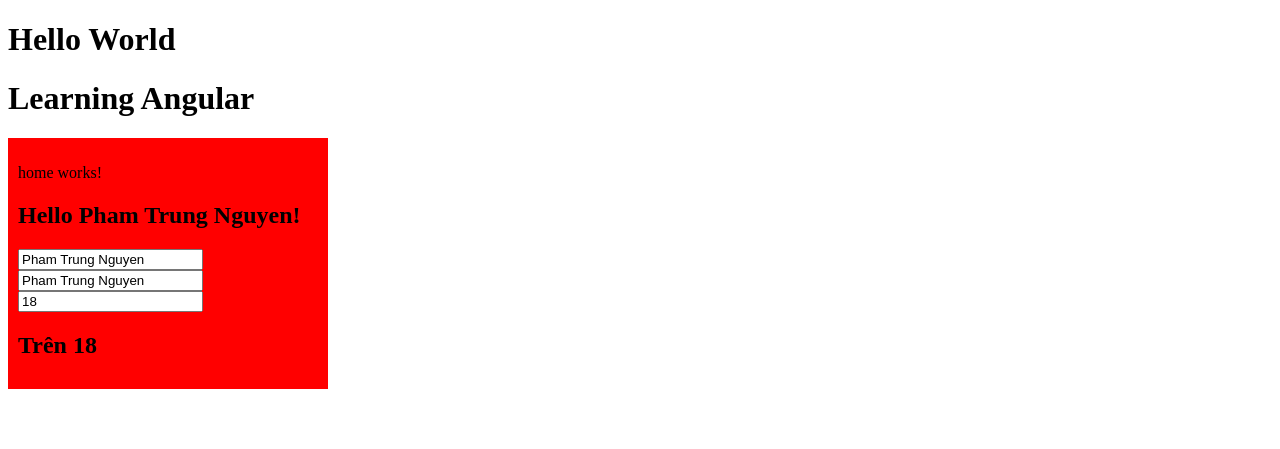
Repository: PhamTrungNguyen/Angular12
Page: / (app in Angular/)
The author's editor kept a copy of each file at every save. The page is drawn from the files as they stood at one save, then again after the next save.
The browser window is 1280 px wide. The pictures show the whole page.
The project was rebuilt for these pictures with package versions that can differ from the ones it lists, and the page was loaded fresh each time. Also part of the build but not shown: Angular/angular.json, Angular/src/app/about/about.component.ts.

Above is the page before, as saved 2022-12-31 22:12:57.

### Angular/src/app/app.module.ts
import { NgModule } from '@angular/core';
import { BrowserModule } from '@angular/platform-browser';

import { AppRoutingModule } from './app-routing.module';
import { AppComponent } from './app.component';
import { HomeComponent } from './home/home.component';
import { AboutComponent } from './about/about.component';
import { FormsModule } from '@angular/forms';
@NgModule({
  declarations: [AppComponent, HomeComponent, AboutComponent],
  imports: [BrowserModule, AppRoutingModule, FormsModule],
  providers: [],
  bootstrap: [AppComponent],
})
export class AppModule {}

### Angular/src/app/home/home.component.ts
import { Component } from '@angular/core';

@Component({
  selector: 'app-home',
  templateUrl: './home.component.html',
  styleUrls: ['./home.component.scss'],
})
export class HomeComponent {
  public name = 'Pham Trung Nguyen';
  public age = 18;
  public resetName(): void {
    this.name = '';
    console.log('resetName');
  }
}

### Angular/src/app/app.component.html
<h1>Hello World</h1>
<h1>Learning Angular</h1>
<app-home></app-home>

### Angular/src/app/home/home.component.html
<div class="test">
    <p>home works!</p>
    <h2>Hello {{name}}!</h2>
    <input type="text" value="{{name}}">
    <input type="text" [value]="name" [title]='"day la " + name'>
    <input type="text" [(ngModel)]="age">
    <!--  <h2 *ngIf="age<18">Dưới 18</h2>
    <h2 *ngIf="age>=18">Trên 18</h2> -->
    <div *ngIf="age< 18 then young else old">

    </div>
    <ng-template #young>
        <h2> Dưới 18</h2>
    </ng-template>
    <ng-template #old>
        <h2> Trên 18</h2>
    </ng-template>
</div>

### Angular/src/app/home/home.component.scss
.test {
  padding: 10px;
  width: 300px;
  background-color: red;
}

Loaded but not shown: Angular/src/index.html (common file); Angular/src/styles.scss (common file); Angular/src/main.ts (common file); Angular/src/app/app-routing.module.ts (common file); Angular/src/app/app.component.ts (common file); Angular/src/app/app.component.scss (no stored copy; drawn as an empty file)

After the next save:
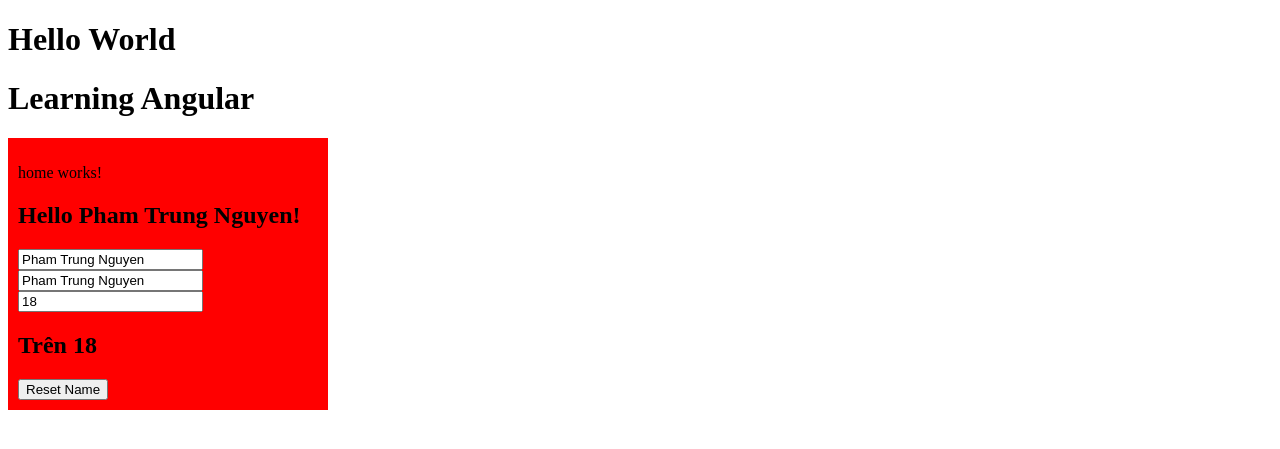
Saved 11 s later.
--- a/Angular/src/app/home/home.component.html
+++ b/Angular/src/app/home/home.component.html
@@ -6,13 +6,12 @@
     <input type="text" [(ngModel)]="age">
     <!--  <h2 *ngIf="age<18">Dưới 18</h2>
     <h2 *ngIf="age>=18">Trên 18</h2> -->
-    <div *ngIf="age< 18 then young else old">
-
-    </div>
+    <div *ngIf="age< 18 then young else old"> </div>
     <ng-template #young>
         <h2> Dưới 18</h2>
     </ng-template>
     <ng-template #old>
         <h2> Trên 18</h2>
     </ng-template>
+    <button (click)="reset.Name()">Reset Name</button>
 </div>
